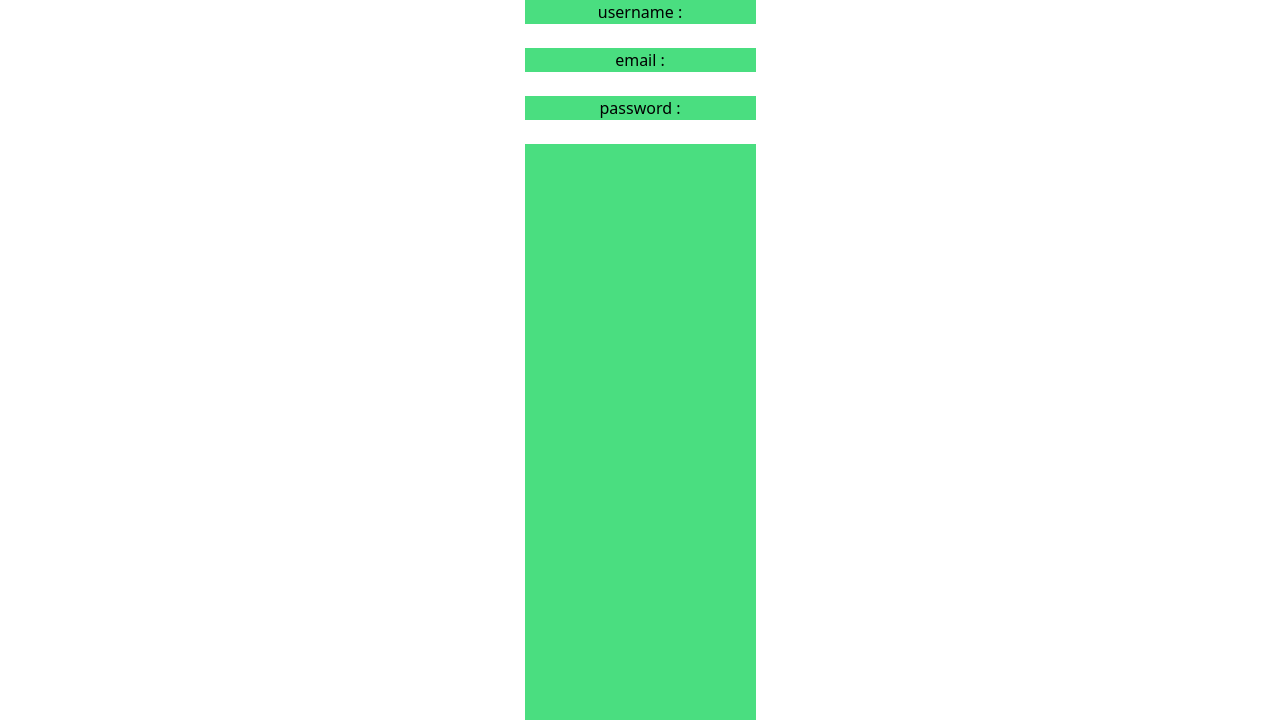
Repository: Emy-gold/alx-fe-reactjs
Page: / (app in form-handling-react/)
An editor plug-in stored every save of this project. The page is shown before and after the next save, followed by the edit.
The browser window is 1280 px wide. The pictures show the whole page.
The project was rebuilt for these pictures with package versions that can differ from the ones it lists, and the page was loaded fresh each time. Also part of the build but not shown: form-handling-react/vite.config.js.

Above is the page before, as saved 2025-08-22 21:00:22.

After the next save:
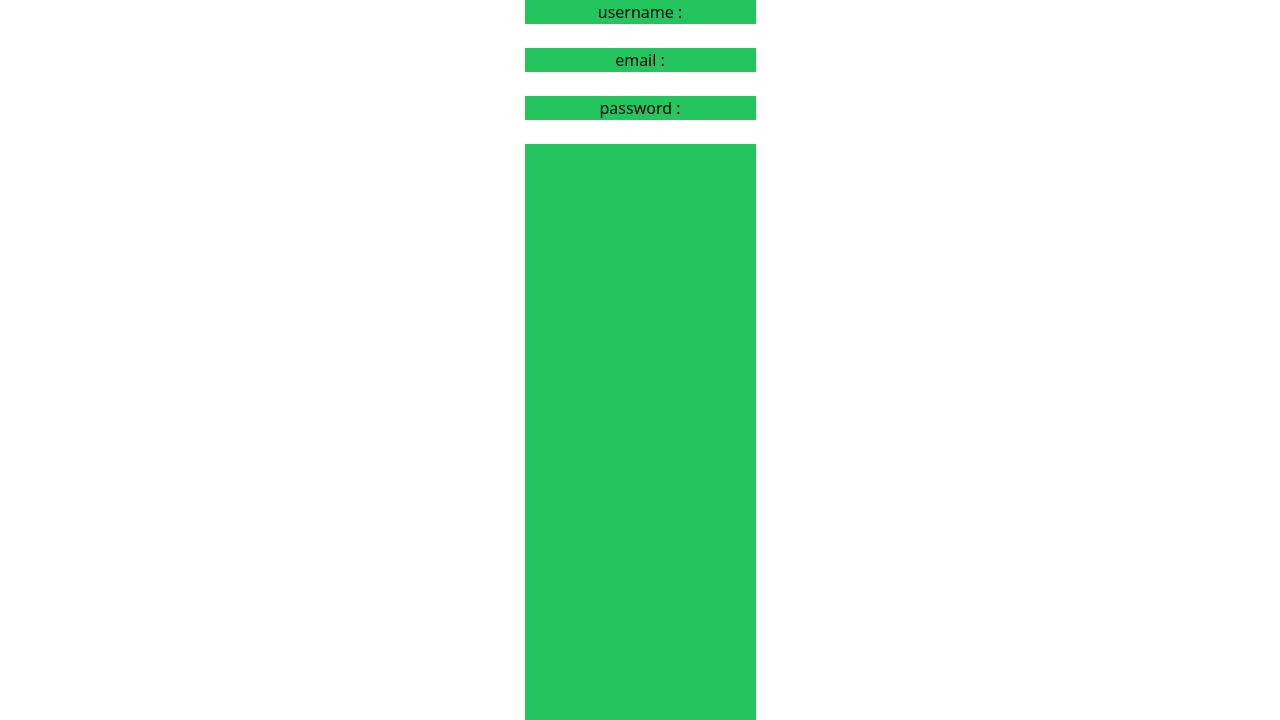
Saved 5 s later.
--- a/form-handling-react/src/components/RegistrationForm.jsx
+++ b/form-handling-react/src/components/RegistrationForm.jsx
@@ -17,7 +17,7 @@ function RegistrationForm() {
 
     return (
         <div className='flex justify-center w-full mx-auto h-screen'>
-            <form onSubmit={handleSubmit} className='flex flex-col items-center bg-green-400'>
+            <form onSubmit={handleSubmit} className='flex flex-col items-center bg-green-500'>
                 <label>username :</label>
                 <input
                     type="text"
